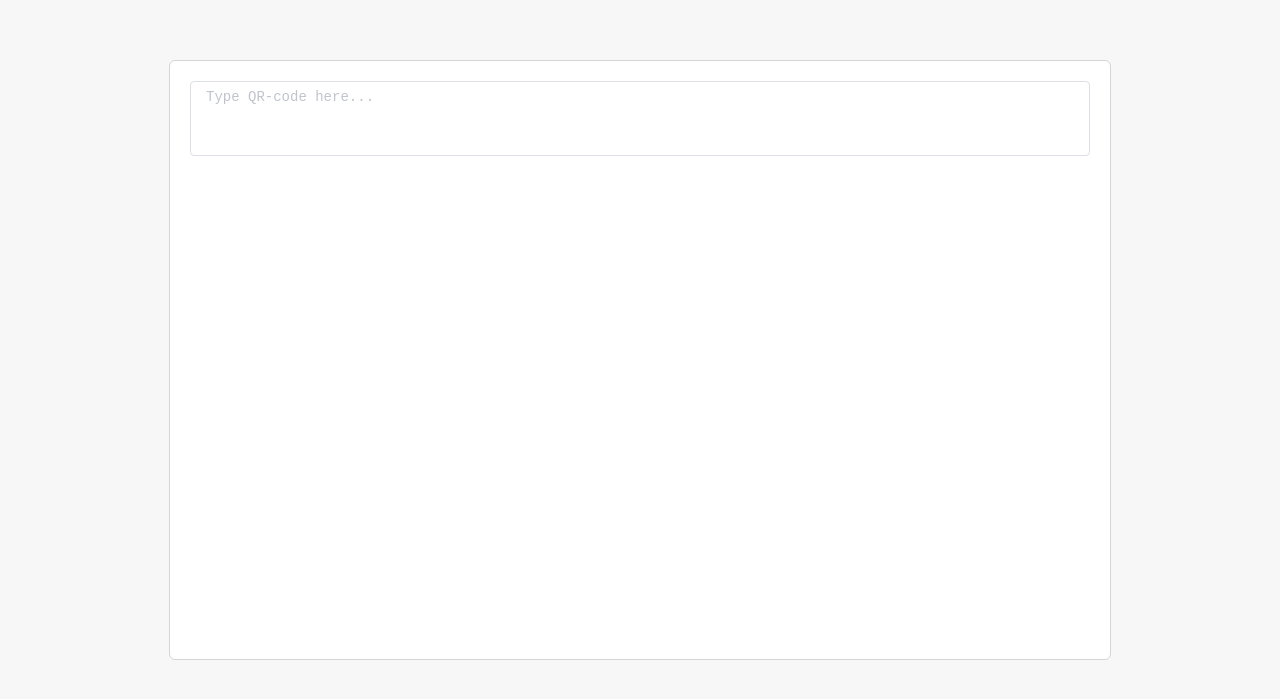
Repository: dvasyliev/qrcode_parser
Page: /
These files come from the project's save history. The page is drawn as it stood at one moment and after the next save; the edit follows.
The browser window is 1280 px wide. The pictures show the whole page.
The project was rebuilt for these pictures with package versions that can differ from the ones it lists, and the page was loaded fresh each time.

Above is the page before, as saved 2018-08-26 10:25:09.

After the next save:
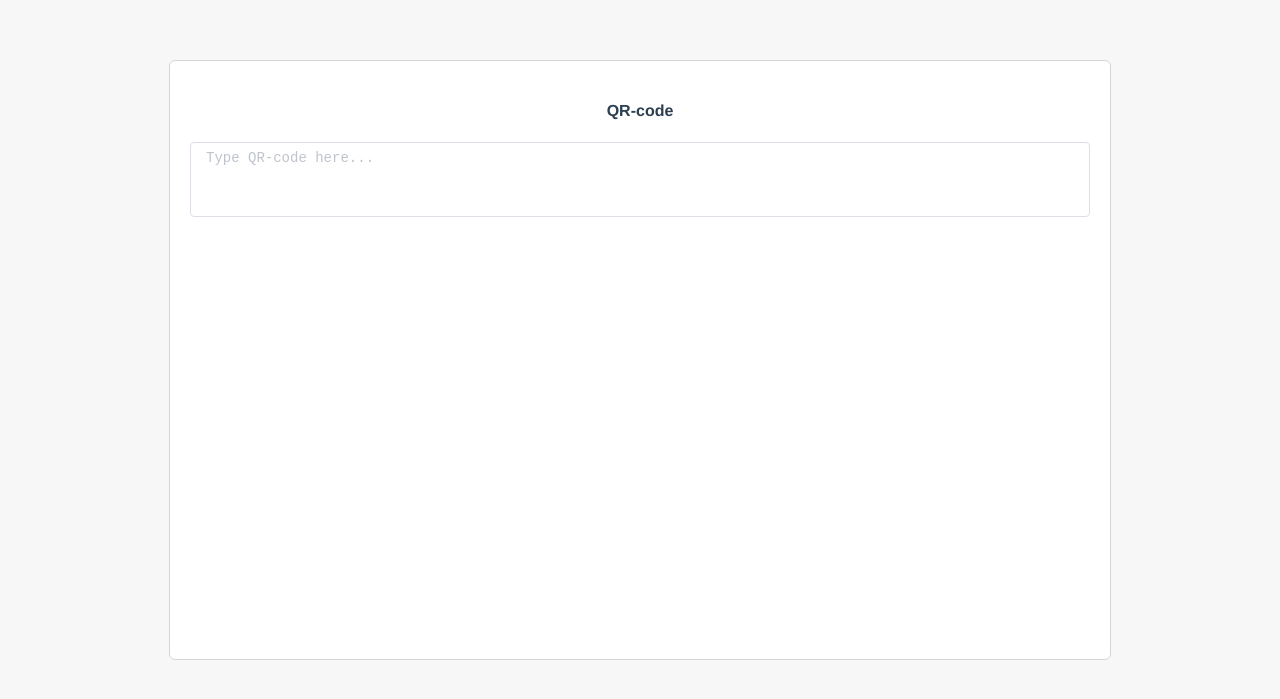
Saved 38 s later.
--- a/src/App.vue
+++ b/src/App.vue
@@ -3,6 +3,7 @@
     <div class="page">
       <div class="page__inner">
         <div class="page__content">
+          <h4>QR-code</h4>
           <el-input
           v-model="qrcode"
           type="textarea"
